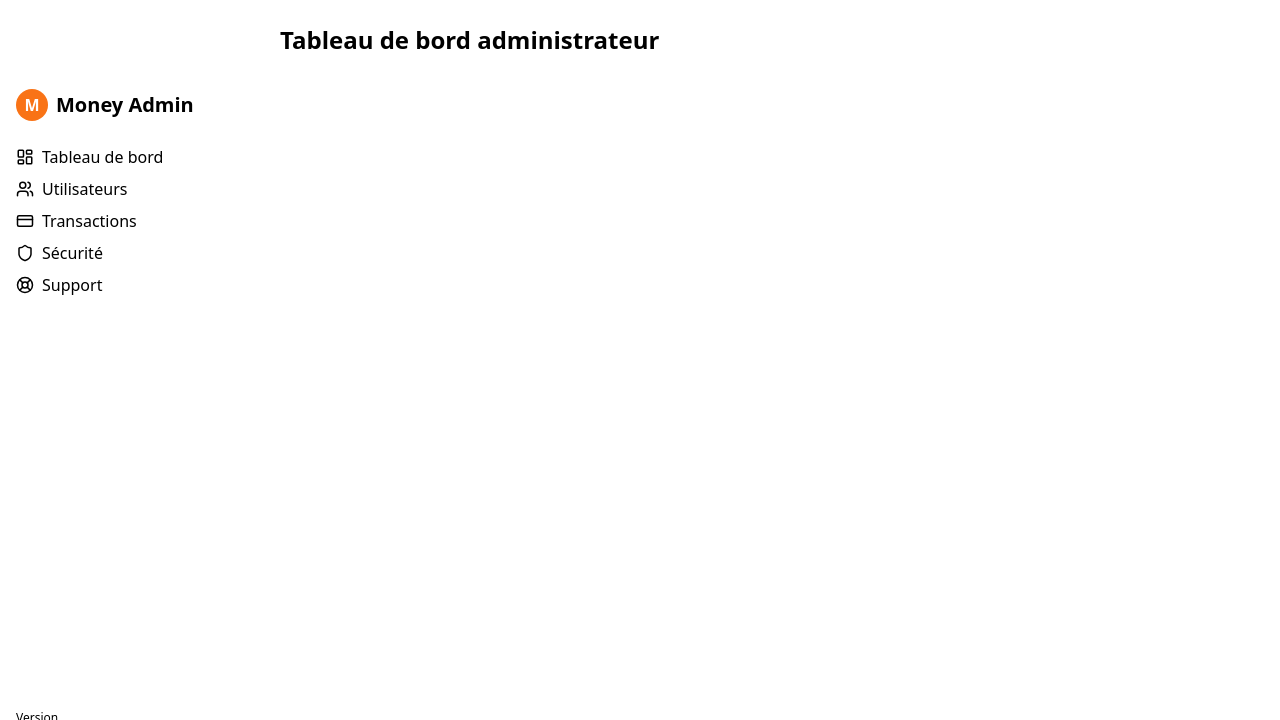
Repository: Edongo999/Dashboard
Page: /
The author's editor kept a copy of each file at every save. The page is drawn from the files as they stood at one save, then again after the next save.
The browser window is 1280 px wide. The pictures show the whole page.
The project was rebuilt for these pictures with package versions that can differ from the ones it lists, and the page was loaded fresh each time. Also part of the build but not shown: vite.config.ts.

Above is the page before, as saved 2025-10-13 12:59:41.

After the next save:
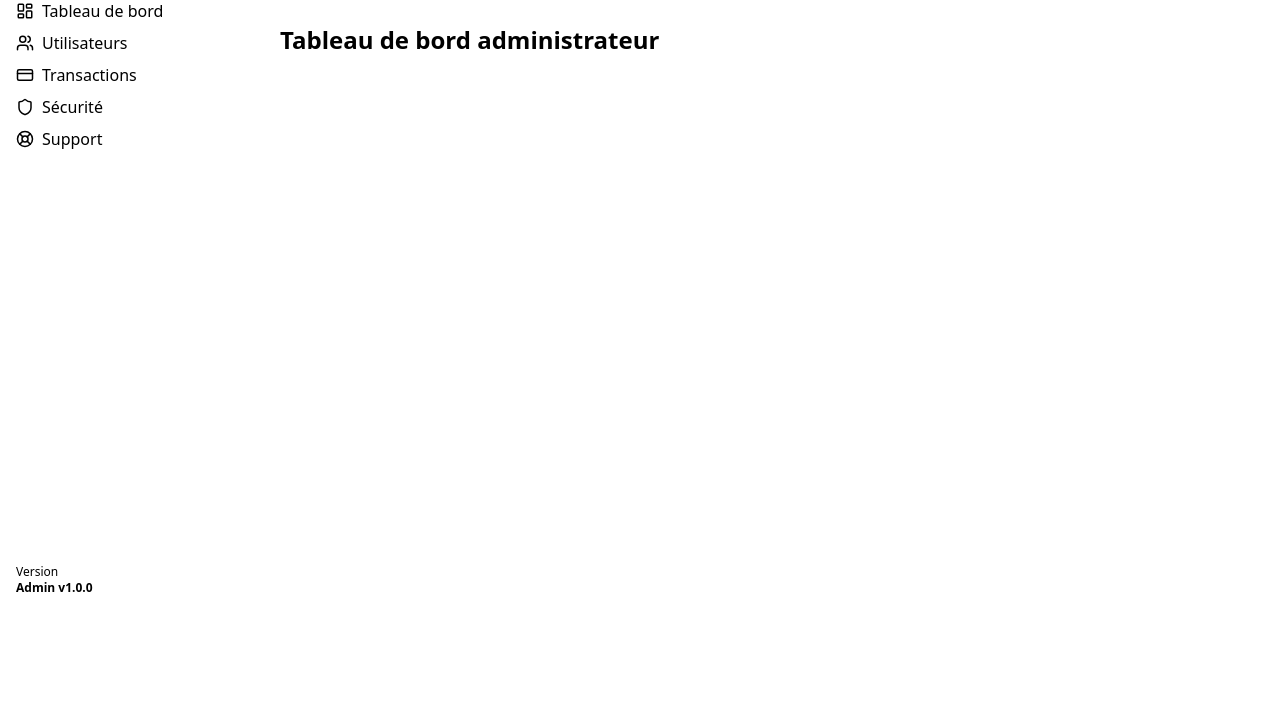
Saved 3 min 24 s later.
--- a/src/components/Sidebar.tsx
+++ b/src/components/Sidebar.tsx
@@ -9,8 +9,8 @@ import {
 const Sidebar = () => {
   return (
     <aside
-      className="w-64 h-[685px] bg-neutral text-neutral-content flex flex-col justify-between p-4"
-      style={{ marginTop: "73px", opacity: 1 }}
+      className="w-64 h-[685px] bg-neutral text-neutral-content flex flex-col justify-between p-4 -mt-[73px]"
+      style={{ opacity: 1 }}
     >
       {/* Haut : logo + menu */}
       <div>
